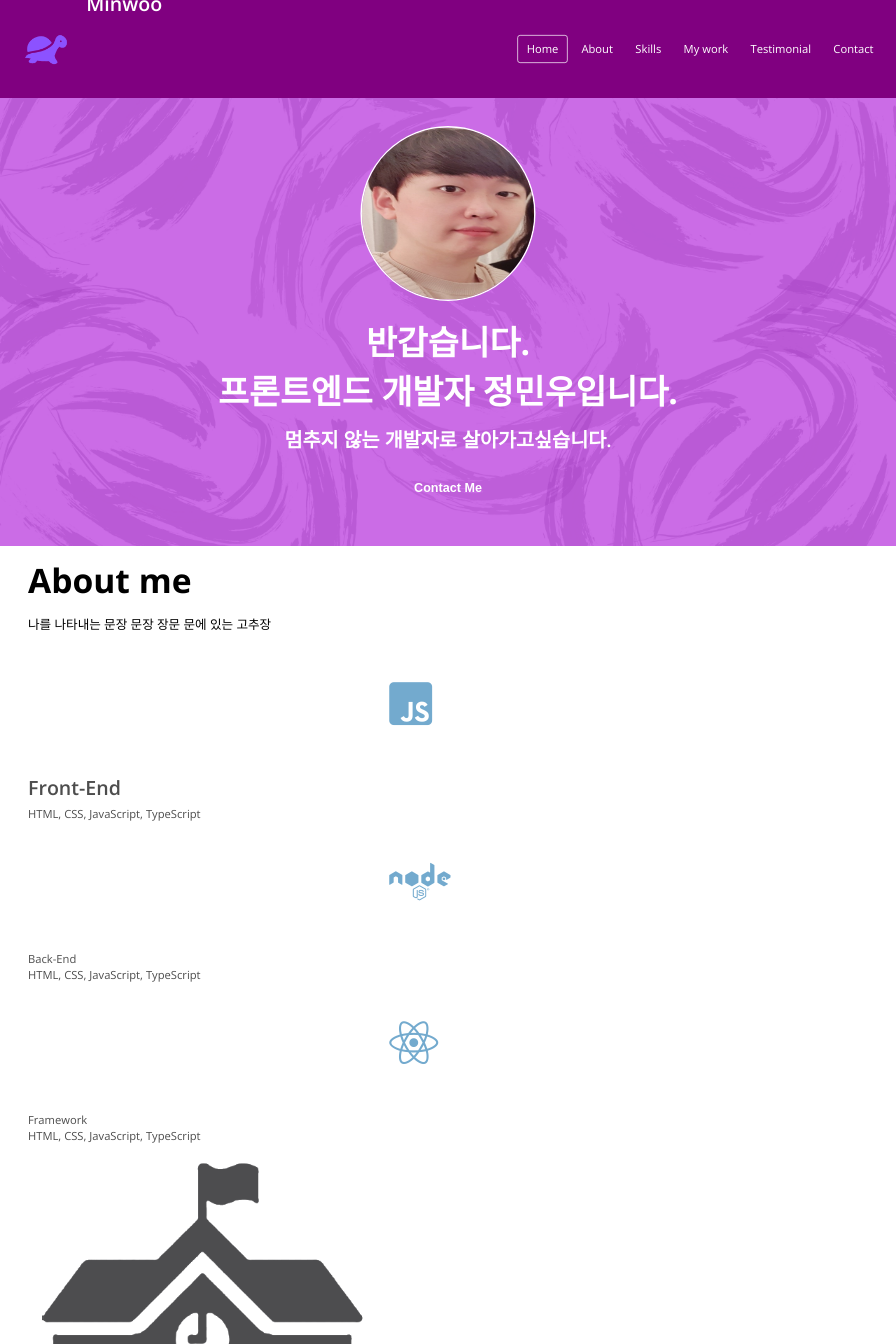
Repository: DevMinwoo-Jung/MinwooPortfolio
Page: index.html
These files come from the project's save history. The page is drawn as it stood at one moment and after a run of saves; the edit follows.
The browser window is 1280 px wide. The pictures show the part of the page from y = 0 to 1920 px (the page is 5555 px tall), at 70% of full size.

Above is the page before, as saved 2021-06-01 11:45:04.

After the next 4 saves:
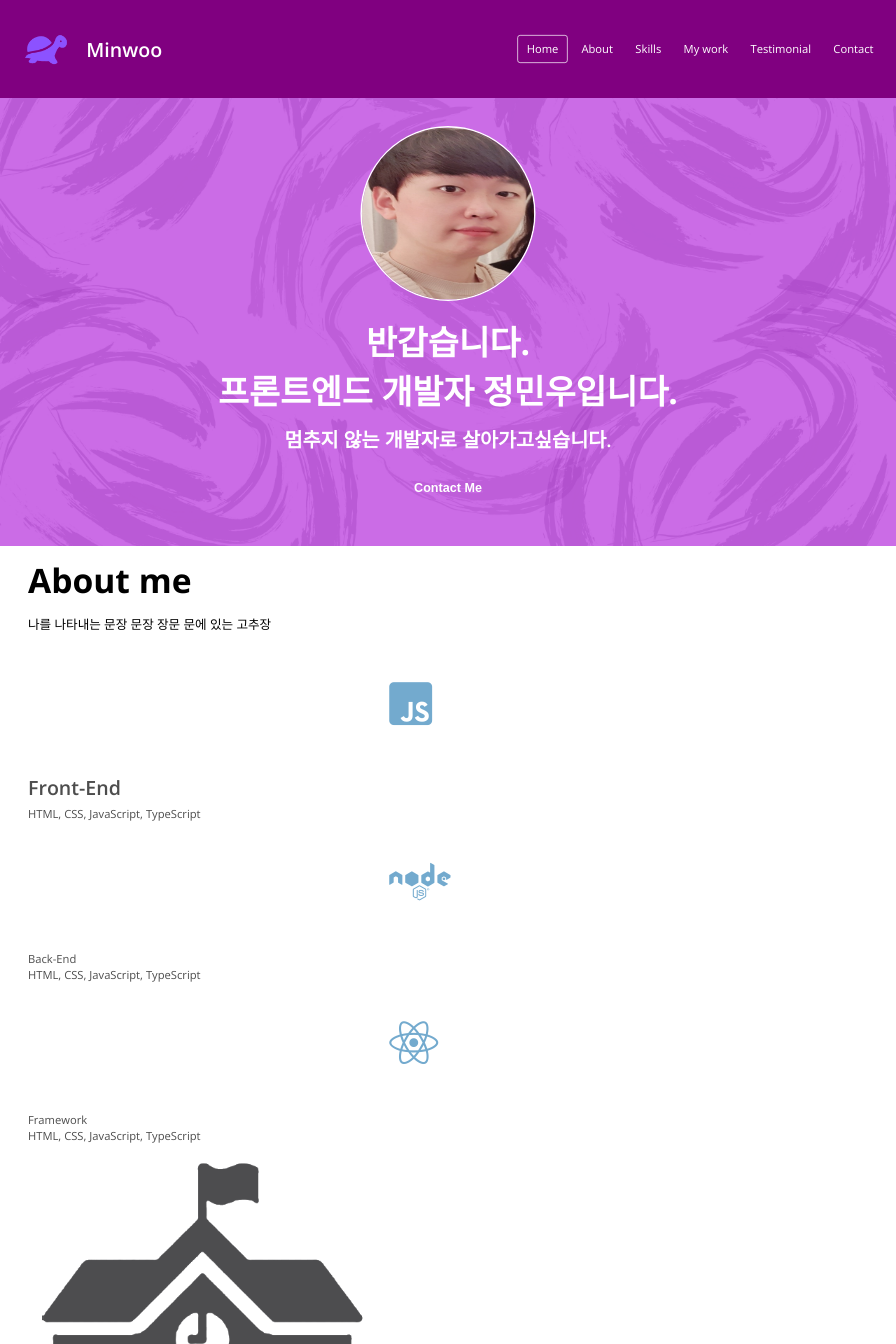
The 4 saves are shown as one change because they came seconds apart.
The last was saved 15 s later.
--- a/style.css
+++ b/style.css
@@ -138,7 +138,7 @@ button {
 
 .navbar__logo a {
   position: relative;
-  bottom: 100px;
+  bottom: 35px;
 }
 
 .navbar__toggle-btn {
